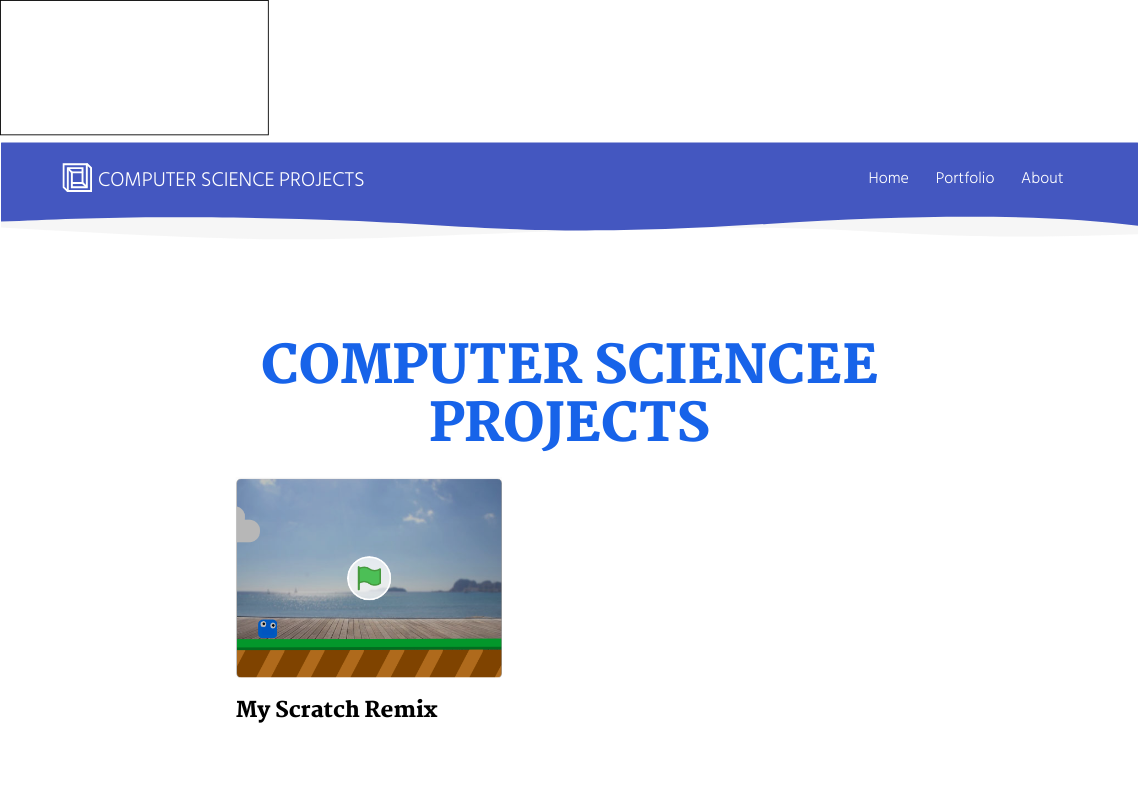
Repository: KevinBach02/KevinBach02.github.io
Page: Portfolio.html
The author's editor kept a record of every edit. The page is drawn from the files as they stood at one moment, then again after the next edit.
The browser window is 1280 px wide. The pictures show the whole page, at 89% of full size.

Above is the page before.

After the next edit:
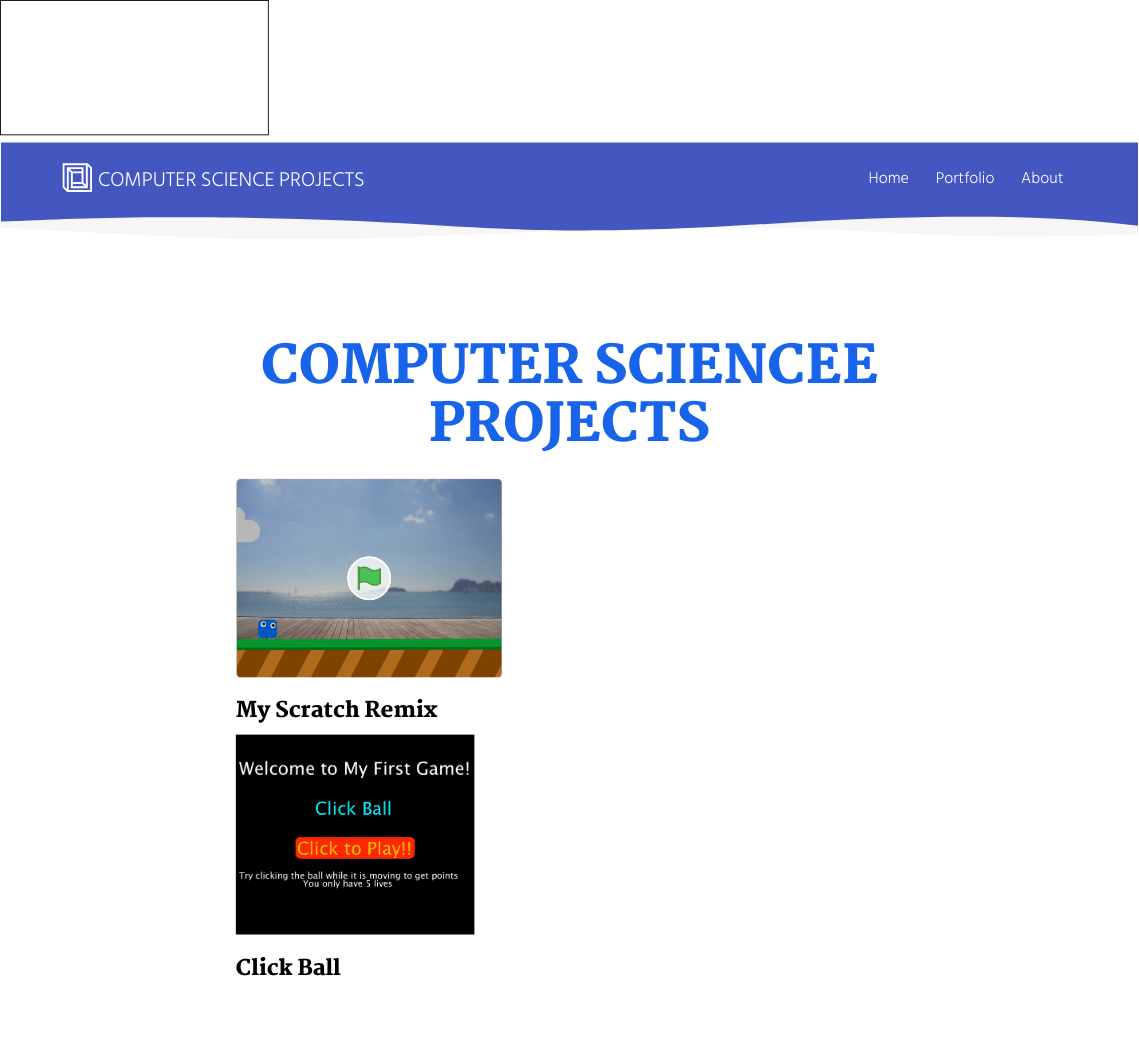
The edit:
--- a/Portfolio.html
+++ b/Portfolio.html
@@ -61,8 +61,13 @@
             <img src="./old/images/Explore.PNG" height="225px">
           </a>
           <a>
-            <h3>My Scratch Remix</h3>
+            <h3>My Scratch Remix</h3
           </a>
+          <a href="./BallGame.html">
+            <img src="./old/images/click ball.PNG" height="225px"></a>
+            <a>
+              <h3>Click Ball</h3>
+            </a>
 <script>
   document.addEventListener("DOMContentLoaded", function (event) {
     navActivePage();
